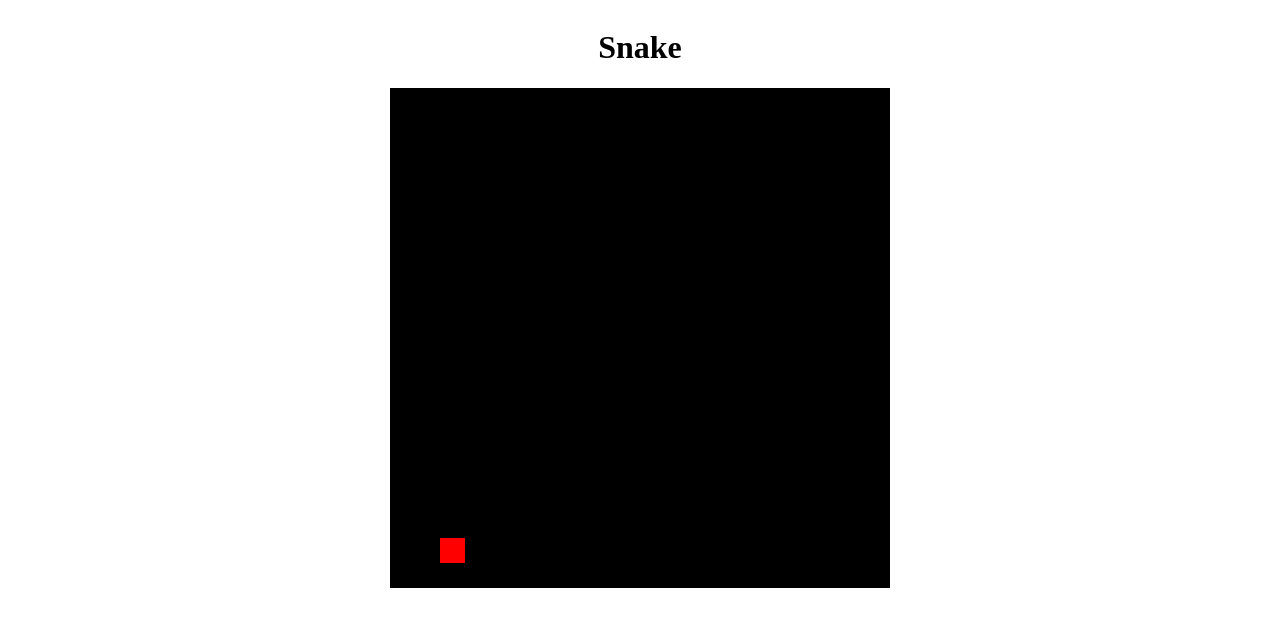
Repository: Siphamandla201/snake
Page: snake.html
The author's editor kept a copy of each file at every save. The page is drawn from the files as they stood at one save, then again after a run of saves.
The browser window is 1280 px wide. The pictures show the whole page.

Above is the page before, as saved 2023-07-25 16:35:45.
Console error: TypeError: Cannot read properties of undefined (reading 'fillText')

### snake.html
<!DOCTYPE html>
<html lang="en">
<head>
    <meta charset="UTF-8">
    <meta name="viewport" content="width=device-width, initial-scale=1.0">
    <title>Snake</title>
    <style>
      body {
        display: flex;
        align-items: center;
        justify-content: center;
        flex-direction: column;
        /* background-color: black;
        color: aliceblue; */
      }
    </style>
</head>
<body>
    <h1>Snake</h1>
    <canvas id="board"></canvas>
</body>
<script src="snake.js"></script>
</html>

### snake.js
const blockSize = 25;
const board = document.getElementById('board');
const context = board.getContext("2d");
const boardHeight = 500;
const boardWidth = 500;


let snake = {
    x : boardWidth / 2,
    y : boardHeight / 2,
    xv : 0,
    yv : 0,
    snakeBody : [],

}

// food
let food = {
    x : blockSize * 5,
    y : blockSize * 5,
}

// Game lives
let gameLives = 3

// Score
let score = 0;

// Game Over
let gameOver = false;

window.onload = function () {
    board.height = boardHeight;
    board.width = boardWidth;


    placeFood();
    document.addEventListener("keyup", changeDirection);
    setInterval(update, 1000/8);
}
let alive = true

function checkGameOver() {
    if (gameOver) {
        context.font = "40px"; // Set the font size before using context.fillText()
        context.fillText("game over : press space button to restart", 180, 50);
        return;
    }
}

function placeFood() {
    food.x = Math.floor(Math.random() * (boardWidth / blockSize)) * blockSize;
    food.y = Math.floor(Math.random() * (boardHeight / blockSize)) * blockSize;
}

function eatFood(){
    // to check if food is eaten by snake
    if(snake.x == food.x && snake.y == food.y) {
        snake.snakeBody.push({x: food.x, y: food.y});
        score += 5;
        placeFood();
    }

    // Removes food from frame
    for(let i = snake.snakeBody.length - 1; i > 0; i--) {
        snake.snakeBody[i] = snake.snakeBody[i-1];
    }
    if (snake.snakeBody.length) {
        snake.snakeBody[0] = {x : snake.x, y: snake.y}
    }
}

function drawSnake() {
    context.fillStyle = 'lime';
    context.fillRect(snake.x,snake.y, blockSize, blockSize);

    for(let i = 0; i < snake.snakeBody.length; i++) {
        context.fillRect(snake.snakeBody[i].x, snake.snakeBody[i].y, blockSize, blockSize);
    }
}

function checkAlive() {
    if (snake.x < 0 ) {
        gameOver = true;
        snake.x = 0;
    } else if (snake.x > board.width) {
        gameOver = true;
        snake.x = board.width - blockSize;
    }

    // Check for collision with top and bottom walls
    if (snake.y < 0) {  // Check for collision with top
        gameOver = true;
        snake.yv = 0;
        snake.y = 0; // Keep the snake at the top edge of the board

    } else if (snake.y + blockSize > board.height) {  // Check for collision bottom walls
        gameOver = true;
        snake.yv = 0;
        snake.y = board.height - blockSize; // Keep the snake at the bottom edge of the board

    }

    for(let i = 0; i < snake.snakeBody.length; i++) {
        if (snake.x == snake.snakeBody[i].x && snake.y == snake.snakeBody[i].y) {
            gameOver = true;
        }
    }

}

function update() {

    // Styling the canvas
    context.fillStyle = 'black';
    context.fillRect(0,0, board.width, board.height);

    // styling the food
    context.fillStyle = 'red';
    context.fillRect(food.x,food.y, blockSize, blockSize);

    eatFood()

    if (!gameOver) {
        snake.x += snake.xv * blockSize;
        snake.y += snake.yv * blockSize;
    }

    // show the score
    context.font = '20px';
    context.
    context.fillText(score, 50, 20);

    checkGameOver();

    drawSnake();
    checkAlive();


}

function changeDirection(event) {
    if(gameOver) {
        if(event.code == 'Space') {
            resetGame();
        } else if(event.code == 'Enter') {
            resetGame();
        }
    }
    if(event.code == "ArrowUp" && snake.yv != 1 ) {
        snake.xv = 0;
        snake.yv = -1;
    } else if(event.code == "ArrowDown" && snake.yv != -1 ) {
        snake.xv = 0;
        snake.yv = 1;
    } else if(event.code == "ArrowRight" && snake.xv != -1) {
        snake.xv = 1;
        snake.yv = 0;
    } else if(event.code == "ArrowLeft" && snake.xv !=  1) {
        snake.xv = -1;
        snake.yv = 0;
    }
}


function  resetGame() {
    snake.x = boardWidth / 2;
    snake.y = boardHeight / 2;

    snake.xv = 0;
    snake.yv = 0;

    gameOver = false;
    alive = true
    snake.snakeBody = [];
    placeFood();
}


// function newGame() {
//     level = 0;
//     lives = gameLives;
//     score = score;
//     ship = newShip();

//     // // get the high score from local storage
//     // // let scoreStr = localStorage.getItem(SAVE_KEY_SCORE);
//     // if (scoreStr == null) {
//     //     scoreHigh = 0;
//     // } else {
//     //     scoreHigh = parseInt(scoreStr);
//     // }

//     newLevel();
// }


// check for next levels
// if(blockCount == 0) {
//     score += 100*blockRows*blockCol; // bonus points
//     blockRows = Math.min(blockRows + 1, blockMaxRows);
//     createBlocks();
// }

After the next 6 saves:
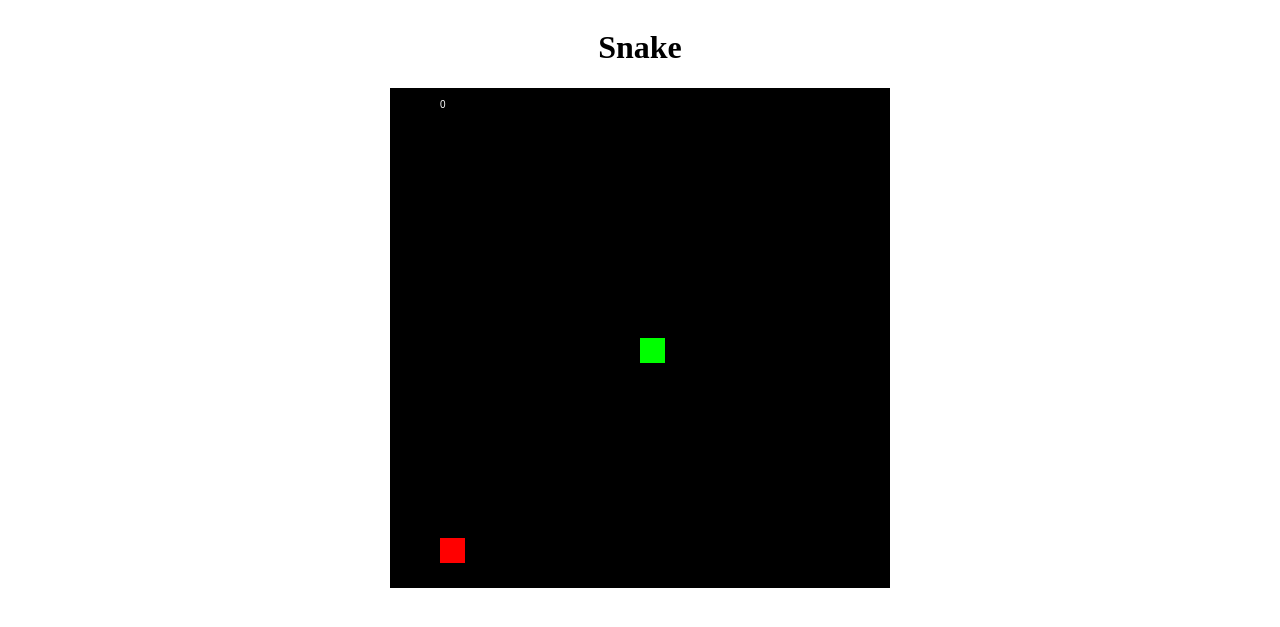
The error is gone.
The 6 saves are shown as one change because they came seconds apart.
The last was saved 14 s later.
--- a/snake.js
+++ b/snake.js
@@ -128,7 +128,7 @@ function update() {
 
     // show the score
     context.font = '20px';
-    context.
+    context.fillStyle = 'white'
     context.fillText(score, 50, 20);
 
     checkGameOver();
